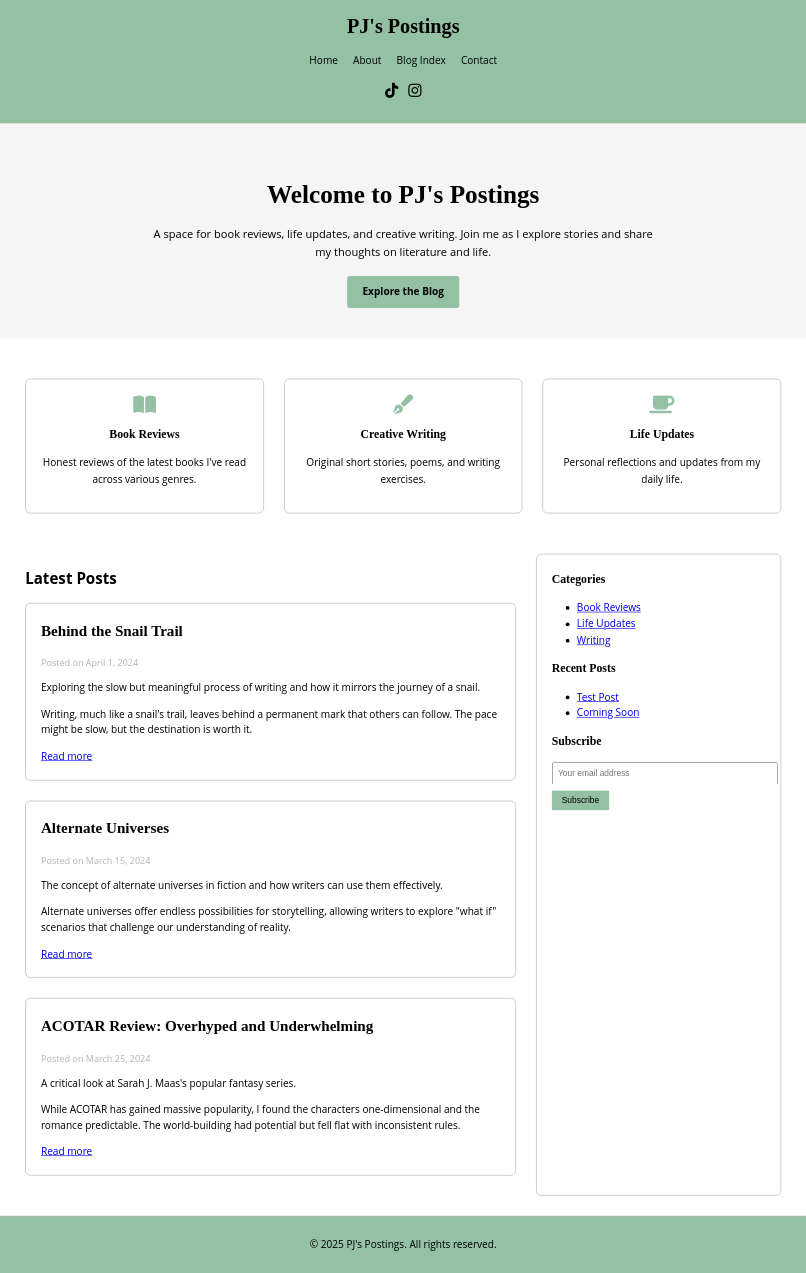
Repository: pjpatrick071/pjpatrick071.github.io
Page: index.html
An editor plug-in stored every save of this project. The page is shown before and after the next save, followed by the edit.
The browser window is 1280 px wide. The pictures show the whole page, at 63% of full size.
Some web fonts or font styles are not loaded; a fallback is used.

Above is the page before, as saved 2025-04-02 23:09:20.

### index.html
<!DOCTYPE html>
<html lang="en">
<head>
    <meta charset="UTF-8">
    <meta name="viewport" content="width=device-width, initial-scale=1.0">
    <title>PJ's Postings</title>

    <!-- Fonts -->
    <link href="https://fonts-api.wp.com/css?family=Playfair+Display:400,400i,700,700i|Open+Sans:400,400i,700,700i&subset=latin,latin-ext" rel="stylesheet">

    <!-- Font Awesome (for icons) -->
    <link href="https://cdnjs.cloudflare.com/ajax/libs/font-awesome/6.4.0/css/all.min.css" rel="stylesheet">

    <!-- Main Styles -->
    <style>
        :root {
            --soft-green: #94c0a4;
            --silver: #b3b3b3;
            --black: #000000;
            --white: #ffffff;
        }

        body {
            font-family: 'Open Sans', sans-serif;
            line-height: 1.6;
            margin: 0;
            padding: 0;
            background-color: var(--white);
            color: var(--black);
        }

        /* Header Styles */
        header {
            background-color: var(--soft-green);
            padding: 1rem 0;
            text-align: center;
            border-bottom: 1px solid var(--silver);
        }

        .logo {
            font-size: 2rem;
            font-weight: bold;
            margin: 0;
            color: var(--black);
            font-family: 'Playfair Display', serif;
        }

        /* Navigation */
        nav ul {
            padding: 0;
            list-style: none;
            display: flex;
            justify-content: center;
            gap: 1.5rem;
            margin: 1rem 0;
        }

        nav a {
            text-decoration: none;
            color: var(--black);
            font-weight: 500;
            transition: color 0.3s;
        }

        nav a:hover {
            color: var(--silver);
        }

        /* Hero Section */
        .hero {
            background-color: #f5f5f5;
            padding: 3rem 1rem;
            text-align: center;
            margin-bottom: 2rem;
        }

        .hero h2 {
            font-family: 'Playfair Display', serif;
            font-size: 2.5rem;
            margin-bottom: 1rem;
        }

        .hero p {
            max-width: 800px;
            margin: 0 auto 1.5rem;
            font-size: 1.1rem;
        }

        .cta-button {
            display: inline-block;
            background-color: var(--soft-green);
            color: var(--black);
            padding: 0.8rem 1.5rem;
            border-radius: 4px;
            text-decoration: none;
            font-weight: bold;
            transition: background-color 0.3s;
        }

        .cta-button:hover {
            background-color: #82ad90;
        }

        /* Features Section */
        .features {
            display: flex;
            justify-content: space-around;
            flex-wrap: wrap;
            gap: 2rem;
            padding: 2rem;
            max-width: 1200px;
            margin: 0 auto;
        }

        .feature-card {
            flex: 1;
            min-width: 250px;
            background-color: var(--white);
            border: 1px solid var(--silver);
            border-radius: 8px;
            padding: 1.5rem;
            text-align: center;
        }

        .feature-card i {
            font-size: 2rem;
            color: var(--soft-green);
            margin-bottom: 1rem;
        }

        .feature-card h3 {
            font-family: 'Playfair Display', serif;
            margin-top: 0;
        }

        /* Main Content */
        .container {
            max-width: 1200px;
            margin: 2rem auto;
            padding: 0 1rem;
            display: grid;
            grid-template-columns: 2fr 1fr;
            gap: 2rem;
        }

        /* Blog Posts */
        .blog-post {
            background-color: var(--white);
            border: 1px solid var(--silver);
            border-radius: 8px;
            padding: 1.5rem;
            margin-bottom: 2rem;
        }

        .post-title {
            color: var(--black);
            margin-top: 0;
            font-family: 'Playfair Display', serif;
        }

        .post-meta {
            color: var(--silver);
            font-size: 0.9rem;
            margin-bottom: 1rem;
        }

        /* Sidebar */
        .sidebar {
            background-color: var(--white);
            border: 1px solid var(--silver);
            border-radius: 8px;
            padding: 1.5rem;
        }

        .sidebar-title {
            margin-top: 0;
            color: var(--black);
            font-family: 'Playfair Display', serif;
        }

        /* Footer */
        footer {
            background-color: var(--soft-green);
            text-align: center;
            padding: 1rem 0;
            border-top: 1px solid var(--silver);
            margin-top: 2rem;
        }

        /* Social Icons */
        .social-links {
            display: flex;
            justify-content: center;
            gap: 1rem;
            margin: 1rem 0;
        }

        .social-links a {
            color: var(--black);
            font-size: 1.5rem;
            transition: transform 0.3s;
        }

        .social-links a:hover {
            transform: scale(1.2);
        }

        /* Responsive Design */
        @media (max-width: 768px) {
            .container {
                grid-template-columns: 1fr;
            }

            .features {
                flex-direction: column;
            }
        }
    </style>
</head>
<body>
    <!-- Header -->
    <header>
        <h1 class="logo">PJ's Postings</h1>
        <nav>
            <ul>
                <li><a href="index.html">Home</a></li>
                <li><a href="about.html">About</a></li>
                <li><a href="blog.html"> Blog Index</a></li>
                <li><a href="#">Contact</a></li>
            </ul>
        </nav>

        <!-- Social Links -->
        <div class="social-links">
            <a href="https://www.tiktok.com/@p.j.patrick" target="_blank" rel="noopener noreferrer"><i class="fab fa-tiktok"></i></a>
            <a href="#" target="_blank" rel="noopener noreferrer"><i class="fab fa-instagram"></i></a>
        </div>
    </header>

    <!-- Hero Section -->
    <section class="hero">
        <h2>Welcome to PJ's Postings</h2>
        <p>A space for book reviews, life updates, and creative writing. Join me as I explore stories and share my thoughts on literature and life.</p>
        <a href="blog.html" class="cta-button">Explore the Blog</a>
    </section>

    <!-- Features Section -->
    <section class="features">
        <div class="feature-card">
            <i class="fas fa-book-open"></i>
            <h3>Book Reviews</h3>
            <p>Honest reviews of the latest books I've read across various genres.</p>
        </div>
        <div class="feature-card">
            <i class="fas fa-pen-fancy"></i>
            <h3>Creative Writing</h3>
            <p>Original short stories, poems, and writing exercises.</p>
        </div>
        <div class="feature-card">
            <i class="fas fa-coffee"></i>
            <h3>Life Updates</h3>
            <p>Personal reflections and updates from my daily life.</p>
        </div>
    </section>

    <!-- Main Content -->
    <div class="container">
        <!-- Blog Posts Section -->
        <main>
            <h2>Latest Posts</h2>

            <article class="blog-post">
                <h2 class="post-title">Behind the Snail Trail</h2>
                <p class="post-meta">Posted on April 1, 2024</p>
                <div class="entry-content">
                    <p>Exploring the slow but meaningful process of writing and how it mirrors the journey of a snail.</p>
                    <p>Writing, much like a snail's trail, leaves behind a permanent mark that others can follow. The pace might be slow, but the destination is worth it.</p>
                    <a href="blog.html#snail-trail">Read more</a>
                </div>
            </article>
            <article class="blog-post">
                <h2 class="post-title">Alternate Universes</h2>
                <p class="post-meta">Posted on March 15, 2024</p>
                <div class="entry-content">
                    <p>The concept of alternate universes in fiction and how writers can use them effectively.</p>
                    <p>Alternate universes offer endless possibilities for storytelling, allowing writers to explore "what if" scenarios that challenge our understanding of reality.</p>
                    <a href="blog.html#alternate-universes">Read more</a>
                </div>
            </article>
            <article class="blog-post">
                <h2 class="post-title">ACOTAR Review: Overhyped and Underwhelming</h2>
                <p class="post-meta">Posted on March 25, 2024</p>
                <div class="entry-content">
                    <p>A critical look at Sarah J. Maas's popular fantasy series.</p>
                    <p>While ACOTAR has gained massive popularity, I found the characters one-dimensional and the romance predictable. The world-building had potential but fell flat with inconsistent rules.</p>
                    <a href="blog.html#acotar-review">Read more</a>
                </div>
            </article>
            <!-- Additional posts can be added by duplicating the article element -->
        </main>

        <!-- Sidebar -->
        <aside class="sidebar">
            <h3 class="sidebar-title">Categories</h3>
            <ul>
                <li><a href="blog.html#book-reviews">Book Reviews</a></li>
                <li><a href="blog.html#life-updates">Life Updates</a></li>
                <li><a href="blog.html#writing">Writing</a></li>
            </ul>

            <h3 class="sidebar-title">Recent Posts</h3>
            <ul>
                <li><a href="blog.html#test-post">Test Post</a></li>
                <li><a href="blog.html#coming-soon">Coming Soon</a></li>
            </ul>

            <!-- Email Subscription Form -->
            <h3 class="sidebar-title">Subscribe</h3>
            <form action="#" method="post">
                <input type="email" name="email" placeholder="Your email address" style="width: 100%; padding: 8px; margin-bottom: 10px;">
                <button type="submit" style="background: var(--soft-green); border: none; padding: 8px 16px; cursor: pointer;">Subscribe</button>
            </form>
        </aside>
    </div>

    <!-- Footer -->
    <footer>
        <p>&copy; <script>document.write(new Date().getFullYear());</script> PJ's Postings. All rights reserved.</p>
    </footer>

    <!-- JavaScript for dynamic elements -->
    <script>
        // Simple script to handle mobile menu toggle
        document.addEventListener('DOMContentLoaded', function() {
            // You can add interactive functionality here
            console.log('Blog loaded successfully!');
        });
    </script>
</body>
</html>

After the next save:
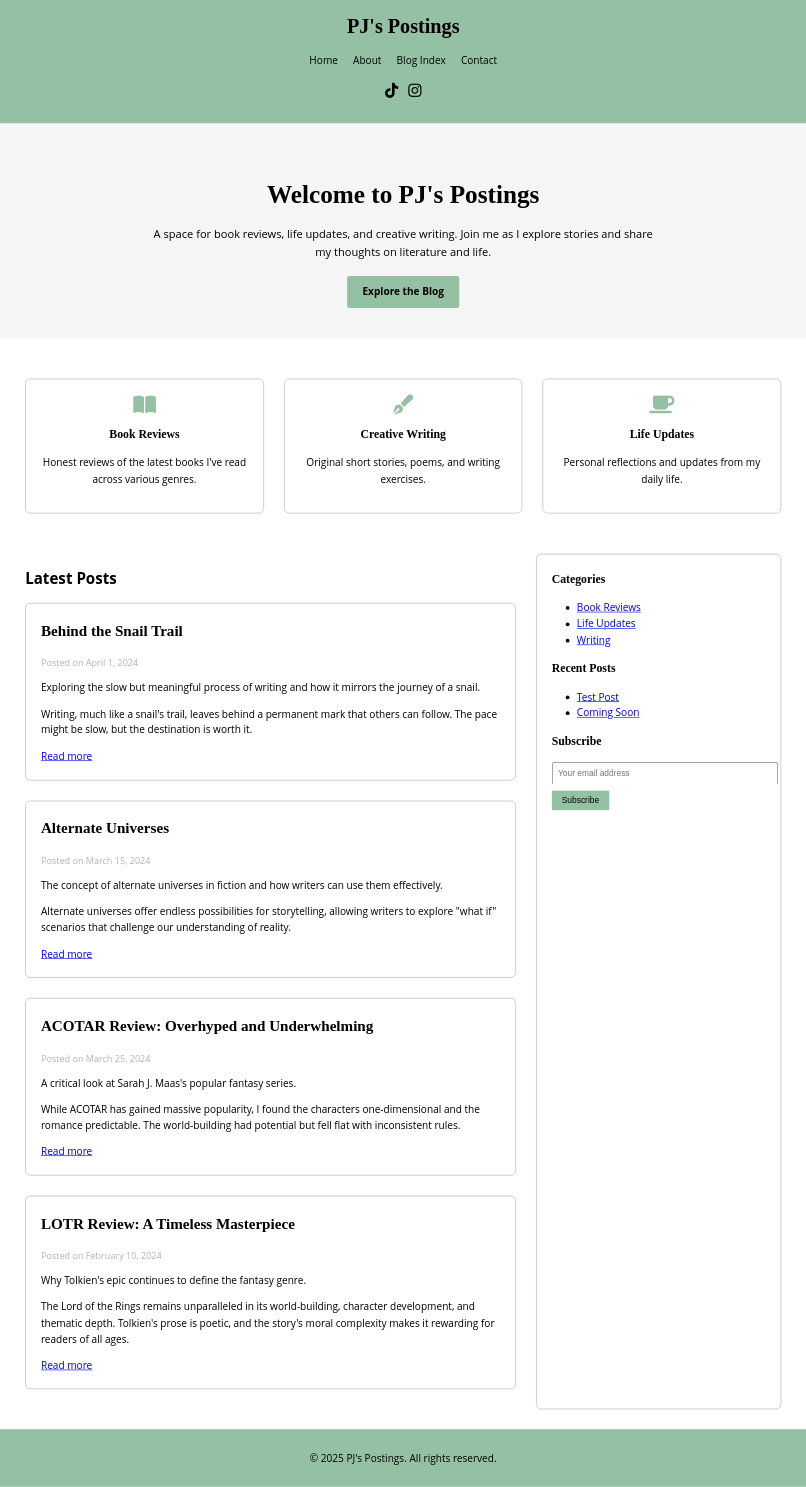
Saved 4 s later.
--- a/index.html
+++ b/index.html
@@ -296,6 +296,15 @@
                     <a href="blog.html#acotar-review">Read more</a>
                 </div>
             </article>
+            <article class="blog-post">
+                <h2 class="post-title">LOTR Review: A Timeless Masterpiece</h2>
+                <p class="post-meta">Posted on February 10, 2024</p>
+                <div class="entry-content">
+                    <p>Why Tolkien's epic continues to define the fantasy genre.</p>
+                    <p>The Lord of the Rings remains unparalleled in its world-building, character development, and thematic depth. Tolkien's prose is poetic, and the story's moral complexity makes it rewarding for readers of all ages.</p>
+                    <a href="blog.html#lotr-review">Read more</a>
+                </div>
+            </article>
             <!-- Additional posts can be added by duplicating the article element -->
         </main>
 
